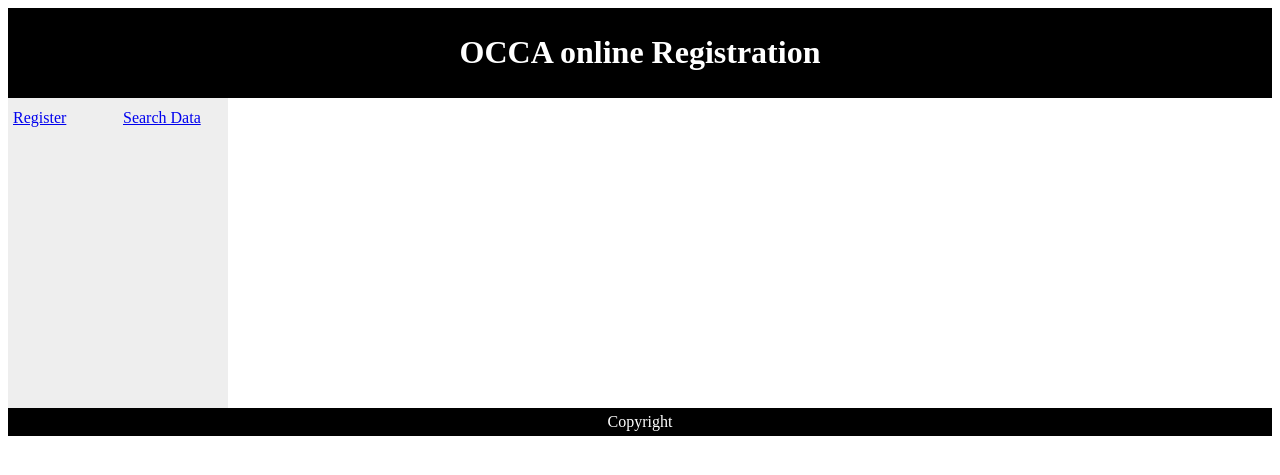
Repository: dreamxia329/TechExercise4830
Page: T3-0325-xia/T3-webProject-Xia/WebContent/index.html
These files come from the project's save history. The page is drawn as it stood at one moment and after the next save; the edit follows.
The browser window is 1280 px wide. The pictures show the whole page.

Above is the page before, as saved 2022-03-30 23:53:23.

### T3-0325-xia/T3-webProject-Xia/WebContent/index.html
<html>
<head>
<style>
header {
	background-color: black;
	color: white;
	text-align: center;
	padding: 5px;
}

nav {
	line-height: 30px;
	background-color: #eeeeee;
	height: 300px;
	width: 100px;
	float: left;
	padding: 5px;
}

section {
	width: 350px;
	float: left;
	padding: 10px;
}

footer {
	background-color: black;
	color: white;
	clear: both;
	text-align: center;
	padding: 5px;
}
</style>
</head>

<body>
	<header>
		<h1>OCCA online Registration</h1>
	</header>

	<nav>
		<a href="/T3-webProject-Xia/register.html">Register</a> <br>
	</nav>

	<nav>
		<a href="/T3-webProject-Xia/search.html">Search Data</a> <br>
	</nav>

	<footer> Copyright </footer>
</body>
</html>

After the next save:
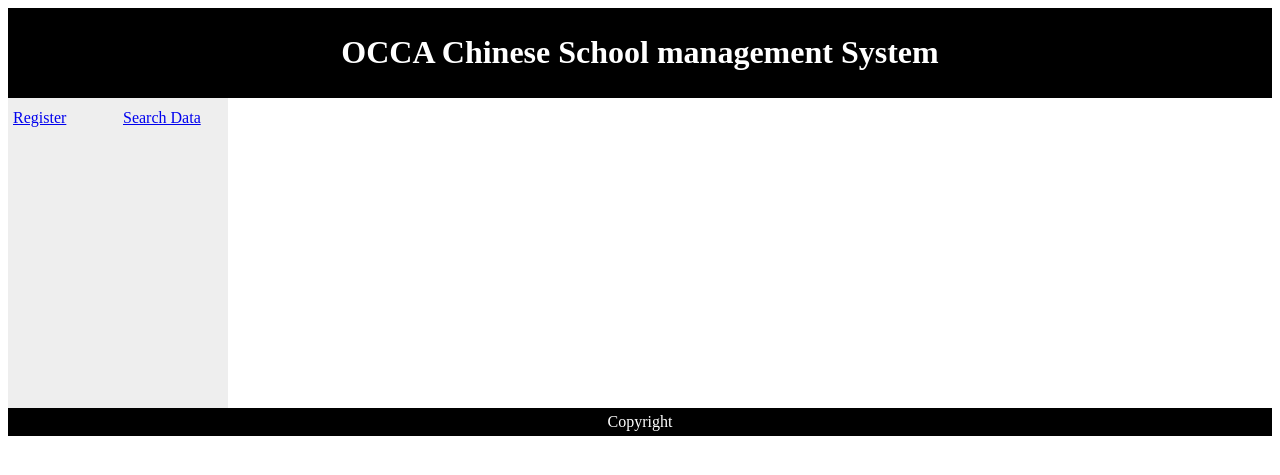
Saved 2 min 58 s later.
--- a/T3-0325-xia/T3-webProject-Xia/WebContent/index.html
+++ b/T3-0325-xia/T3-webProject-Xia/WebContent/index.html
@@ -35,7 +35,7 @@ footer {
 
 <body>
 	<header>
-		<h1>OCCA online Registration</h1>
+		<h1>OCCA Chinese School management System</h1>
 	</header>
 
 	<nav>
